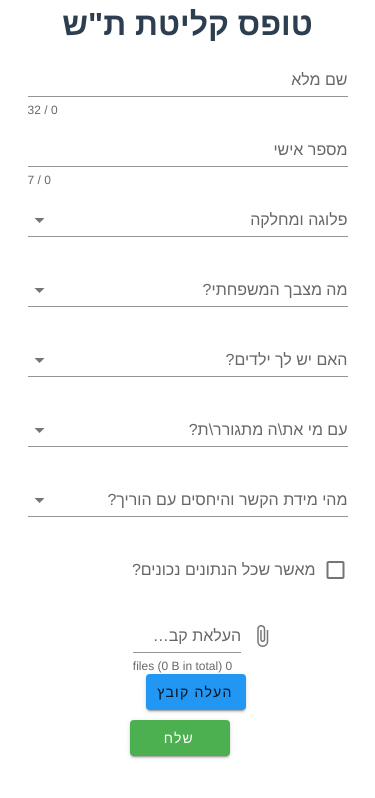
Repository: Natanhel/klitat-tash
Page: /
These files come from the project's save history. The page is drawn as it stood at one moment and after the next save; the edit follows.
The browser window is 375 px wide. The pictures show the whole page.
The page's requests for data from a server got no answer. The project was rebuilt for these pictures with package versions that can differ from the ones it lists, and the page was loaded fresh each time. No one was signed in, and anything a server would have sent is missing. Also part of the build but not shown: vue.config.js.

Above is the page before, as saved 2020-12-01 18:17:46.

### src/App.vue
<template>
  <div id="app">
    <v-app>

      <h1>טופס קליטת ת"ש</h1>

      <v-form
        ref="form"
        v-model="valid"
        lazy-validation
      >
        <v-text-field
          v-model="name"
          :counter="32"
          :rules="nameRules"
          label="שם מלא"
          required
        ></v-text-field>

        <v-text-field
          v-model="pernr"
          :counter="7"
          :rules="pernrRules"
          label="מספר אישי"
          required
        ></v-text-field>

        <v-select
          v-model="select"
          :items="items"
          :rules="[v => !!v || 'נדרש להזין פלוגה ומחלקה']"
          label="פלוגה ומחלקה"
          required
        ></v-select>

        <v-select
          v-model="familySelect"
          :items="familyItems"
          :rules="[v => !!v || 'נדרש להזין מצב משפחתי']"
          label="מה מצבך המשפחתי?"
          required
        ></v-select>

        <v-select
          v-model="haveKidsSelect"
          :items="haveKidsItems"
          :rules="[v => !!v || 'נדרש להזין']"
          label="האם יש לך ילדים?"
          required
        ></v-select>

        <v-select
          v-model="livingWithSelect"
          :items="livingWithItems"
          :rules="[v => !!v || 'נדרש להזין']"
          label="עם מי את\ה מתגורר\ת?"
          required
        ></v-select>

        <v-select
          v-model="parentsStatusSelect"
          :items="parentsStatusItems"
          :rules="[v => !!v || 'נדרש להזין']"
          label="מהי מידת הקשר והיחסים עם הוריך?"
          required
        ></v-select>

        <v-checkbox
          v-model="checkbox"
          :rules="[v => !!v || 'עליך לאשר על מנת להמשיך!']"
          label="מאשר שכל הנתונים נכונים?"
          required
        ></v-checkbox>

      <div class="upload">

        <v-file-input v-model="files" show-size counter  chips label="העלאת קבצים"></v-file-input>

        <v-btn
          color="blue"
          class="mr-4"
          @click="uploadFile"
        >
          העלה קובץ
        </v-btn>
      </div>
      <div class="btn-group">
        <v-btn
          color="success"
          class="mr-4"
          @click="validate"
        >
          שלח
        </v-btn>
      </div>

      </v-form>
    </v-app>
  </div>
</template>

<script>
import axios from 'axios';

export default {
  name: 'App',
  mounted(){
    // login
    const data = JSON.stringify({"password":"passward","email":"natanhelp@gmail.com"});

    const config = {
      method: 'post',
      url: 'https://nat-task-manager.herokuapp.com/users/login',
      headers: {
        'Content-Type': 'application/json'
      },
      data : data
    };

    axios(config)
      .then((response) => {
        this.userToken = response.data.token
      })
      .catch((error) => {
        console.log(error);
      })
  },

  data: () => ({
    familySelect: '',
    haveKidsSelect: '',
    livingWithSelect: '',
    parentsStatusSelect: '',

    userToken: '',
    files: null,
    valid: true,
    name: '',
    nameRules: [
      v => !!v || 'נדרש להזין שם',
      v => !(v && v.length <= 4) || 'על השם להיות ארוך מ-4 תווים',
    ],
    pernr: '',
    pernrRules: [
      v => !!v || 'נדרש להזין מספר אישי',
      v => !(v.length !== 7) || 'על המספר להיות בדיוק 7 תווים'
    ],
    select: null,
    items: [
      'ו1',
      'ו2',
      'ו3',
      'ו4',
      'ו5',
    ],
    familyItems: [
      'רווק/ה',
      'נשוי/ה',
      'גרוש/ה'
    ],
    haveKidsItems: [
      'כן', 'לא'
    ],
    livingWithItems: [
      'מתוגרר/ת עם ההורים (אחד מהם לפחות)',
      'איני מתגורר/ת עם ההורים'
    ],
    parentsRelationsItems: [
      'בקשר עם שניהם ויחסים תקינים',
      'בקשר וביחסיפ תקינים (רק עם אחד מהם)',
      'בקשר עם שניהם/אחד מהם ומערכת יחסים רעועה',
      'לא בקשר בכלל'
    ],
    parentsStatusItems: [
      'נשואים',
      'גרושים',
      'פרודים',
      'אלמנ/ה',
      'רווק/ה'
    ],
    checkbox: false,
  }),
  methods: {
    validate () {
      this.$refs.form.validate()
    },
    reset () {
      this.$refs.form.reset()
    },
    resetValidation () {
      this.$refs.form.resetValidation()
    },
    async uploadFile() {
      var FormData = require('form-data');
      var data = new FormData();
      const buffer = await this.files.arrayBuffer()

      data.append('avatar', buffer)

      var config = {
        method: 'post',
        url: 'https://nat-task-manager.herokuapp.com/users/me/avatar',
        headers: {
          'Authorization': 'Bearer ' + this.userToken,
          ...data
        },
        data : data
      }

      axios(config)
      .then(function (response) {
        console.log(JSON.stringify(response.data));
      })
      .catch(function (error) {
        console.log(error);
      })
    }
  },
}
</script>

<style>
#app {
  font-family: Avenir, Helvetica, Arial, sans-serif;
  -webkit-font-smoothing: antialiased;
  -moz-osx-font-smoothing: grayscale;
  text-align: center;
  color: #2c3e50;
  margin-top: 60px;
}

form
{
  width: 20rem;
}

#app
{
  padding: 0; margin: 0;
  display: flex;
  align-items: center;
  justify-content: center;
  background-color: transparent;
}

.v-btn
{
  width: 100px;
}

.btn-group{
  width: 100%;
  padding: 10px;
}

.upload
{
  display: flex;
  flex-direction: row;
  width: 370px;
}

@media screen and (max-width: 500px) {
  .upload
  {
    flex-direction: column;
    width: 18rem;
    justify-content: center;
    align-items: center;
  }
}
</style>

### src/plugins/vuetify.js
import Vue from 'vue';
import Vuetify from 'vuetify/lib';

Vue.use(Vuetify);

export default new Vuetify({
    rtl: true,
});

Loaded but not shown: public/index.html (common file); src/main.js (common file)

After the next save:
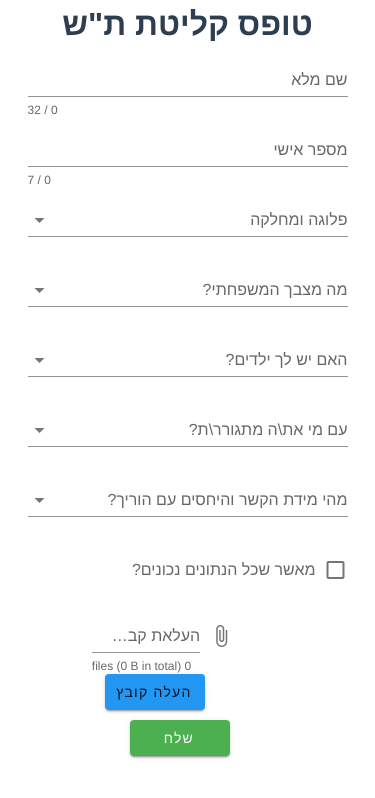
Saved 30 s later.
--- a/src/App.vue
+++ b/src/App.vue
@@ -264,7 +264,7 @@ form
   .upload
   {
     flex-direction: column;
-    width: 18rem;
+    /* width: 18rem; */
     justify-content: center;
     align-items: center;
   }
